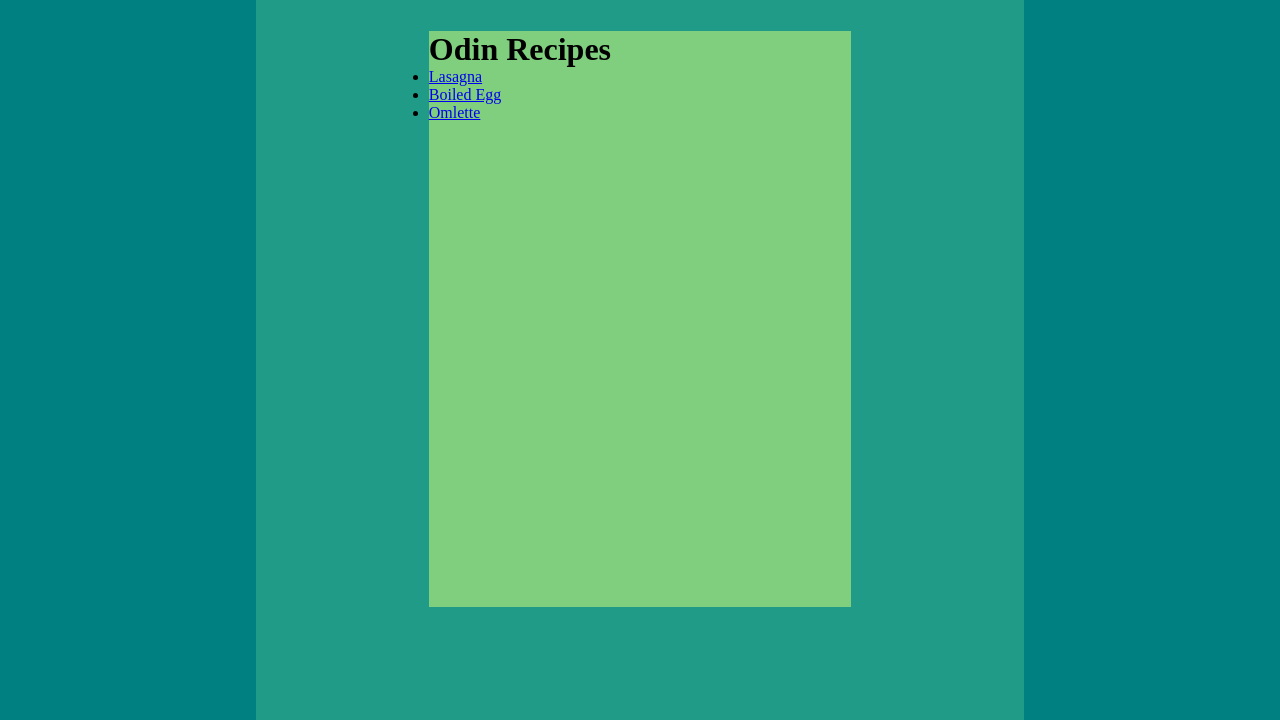
Repository: Pafestivo/odin-recipes
Page: index.html
The author's editor kept a copy of each file at every save. The page is drawn from the files as they stood at one save, then again after the next save.
The browser window is 1280 px wide. The pictures show the whole page.

Above is the page before, as saved 2022-09-24 12:26:49.

### index.html
<!DOCTYPE html>
<html lang="en">
<head>
    <meta charset="UTF-8">
    <meta name="viewport" content="width=device-width, initial-scale=1.0">
    <link rel="stylesheet" href="css/styles.css">
    <title>Odin Recipes</title>
</head>
<body>
    <div class="container">
        <div class="inner">
            <h1>Odin Recipes</h1>
            <ul>
                <li><a href="recipes/lasagna.html">Lasagna</a></li>
                <li><a href="recipes/boiled-egg.html">Boiled Egg</a></li>
                <li><a href="recipes/omlette.html">Omlette</a></li>
            </ul>
        </div>
    </div>
</body>
</html>

### css/styles.css
* {
  box-sizing: border-box;
  padding: 0;
  margin: 0;
}

body {
  font-family: serif;
  background-color: #008080;
  padding: 1;
}

.container {
  background-color: #209B87;
  width: 60vw;
  height: 100vh;
  padding: 1px;
  margin: 0 auto;
}

.inner {
  background-color: #80CF7F;
  width: 33vw;
  height: 80vh;
  margin: auto;
  margin-top: 30px;
}

After the next save:
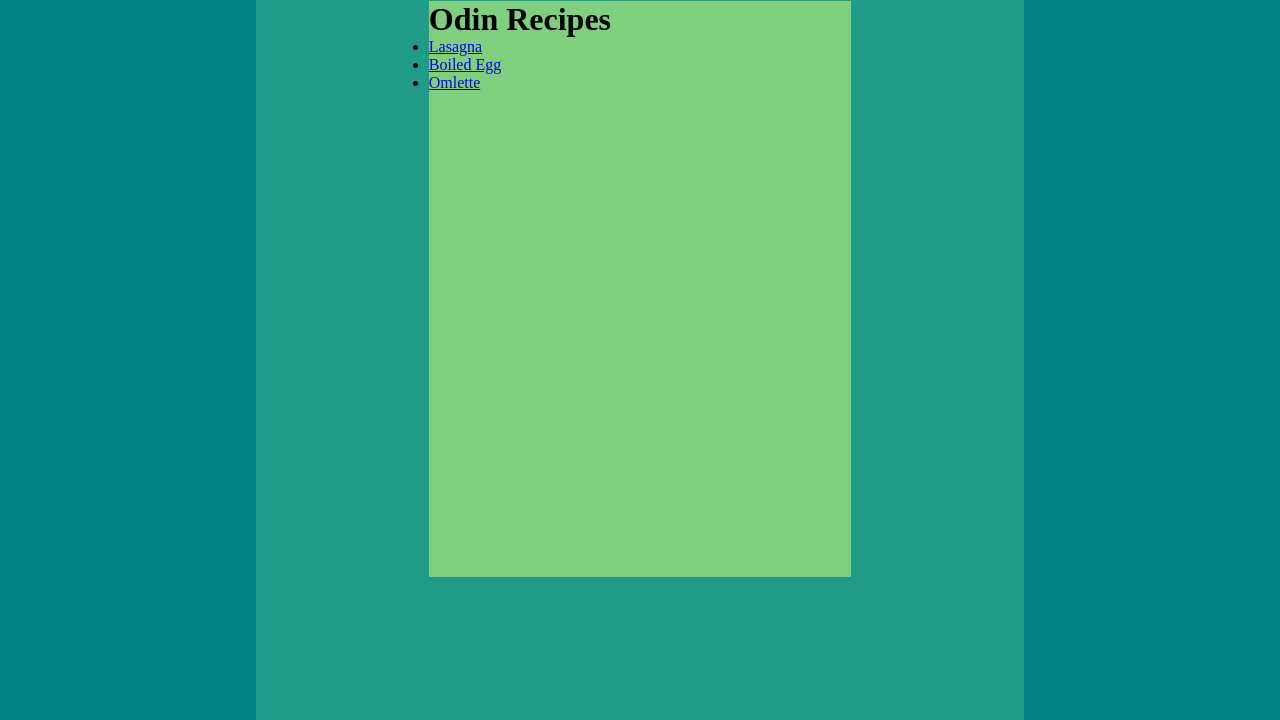
Saved 6 s later.
--- a/css/styles.css
+++ b/css/styles.css
@@ -23,5 +23,4 @@ body {
   width: 33vw;
   height: 80vh;
   margin: auto;
-  margin-top: 30px;
 }
